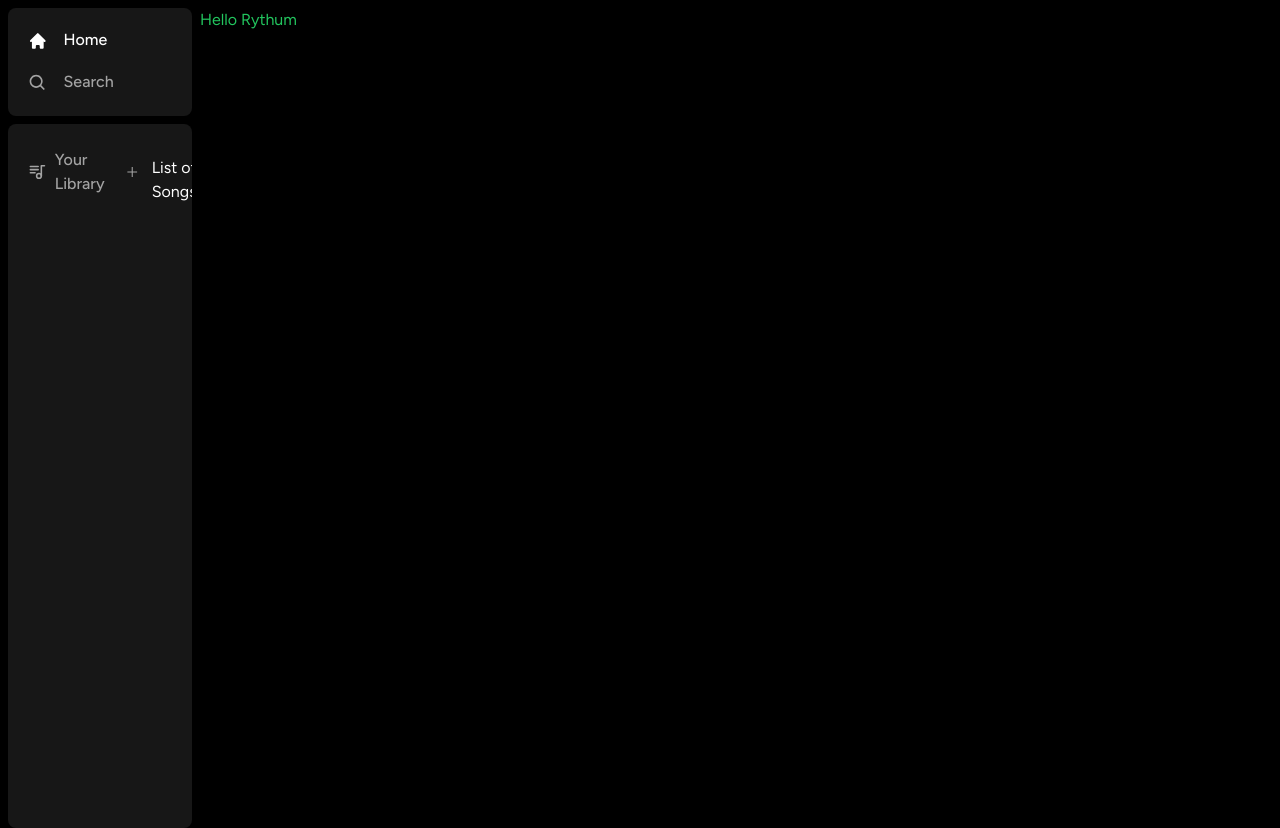
Repository: syni18/Rythum
Page: /
An editor plug-in stored every save of this project. The page is shown before and after a run of saves, followed by the edit.
The browser window is 1280 px wide. The pictures show the whole page.
The project was rebuilt for these pictures with package versions that can differ from the ones it lists, and the page was loaded fresh each time. The framework's server and built-in components were replaced by stand-ins that run in the browser. Also part of the build but not shown: next.config.js.

Above is the page before, as saved 2023-11-11 16:56:35.

After the next 2 saves:
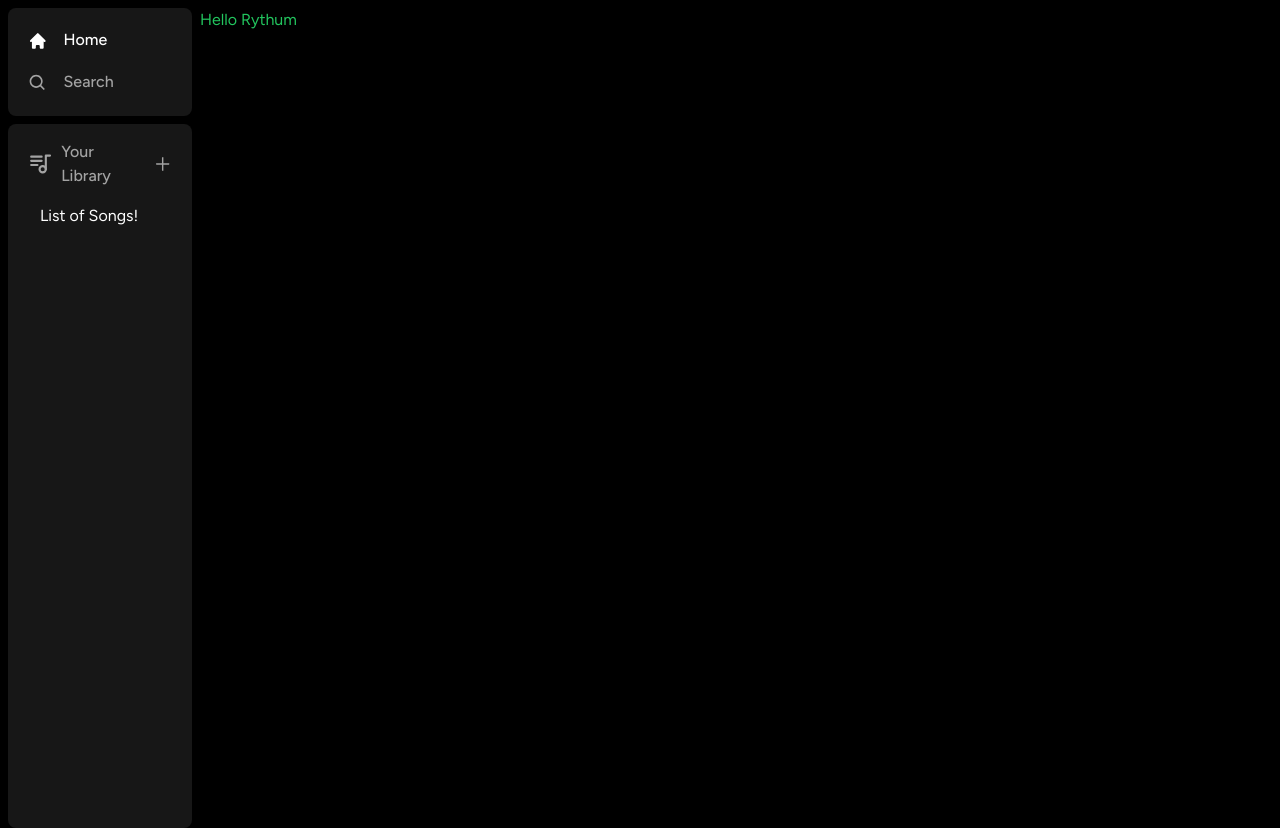
The 2 saves are shown as one change because they came seconds apart.
The last was saved 31 s later.
--- a/components/Library.tsx
+++ b/components/Library.tsx
@@ -10,7 +10,7 @@ const Library = () => {
 
     return (
         <div className="flex flex-col">
-            <div className="flex item-center justify-between px-5 pt-4">
+            <div className="flex flex-col item-center justify-between px-5 pt-4">
                 <div className="inline-flex items-center gap-x-2">
                     <TbPlaylist className="text-neutral-400" size={26}/>
                     <p className="text-neutral-400 font-medium text-md">Your Library</p>
